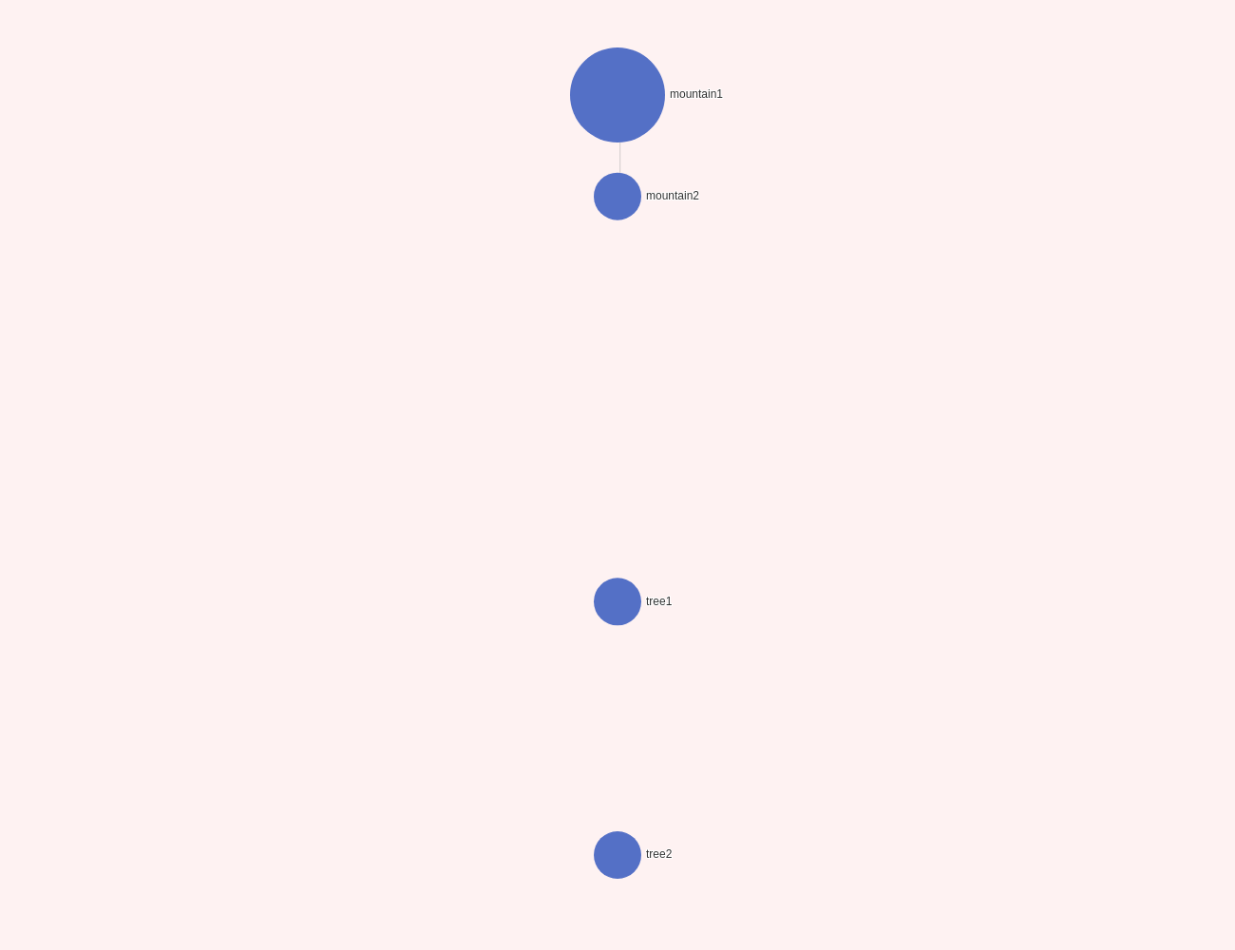
Repository: gaosth/Eyesee
Page: /link
These files come from the project's save history. The page is drawn as it stood at one moment and after the next save; the edit follows.
The browser window is 1280 px wide. The page is 1300 px wide, so the pictures cover 1300 px, including what lies to the right of the window. The pictures show the whole page, at 95% of full size.
The project was rebuilt for these pictures with package versions that can differ from the ones it lists, and the page was loaded fresh each time. Also part of the build but not shown: vite.config.js, src/components/WelcomeItem.vue, src/components/icons/IconDocumentation.vue, src/components/icons/IconTooling.vue, src/components/icons/IconEcosystem.vue, src/components/icons/IconCommunity.vue, src/components/icons/IconSupport.vue, src/components/TheWelcome.vue and 16 more.

Above is the page before, as saved 2024-03-19 14:37:48.

### src/main.js
import './assets/main.css'

import { createApp } from 'vue'
import { createPinia } from 'pinia'

import App from './App.vue'
import router from './router'
import axios from 'axios'

axios.defaults.baseURL = 'http://127.0.0.1:8000'

const app = createApp(App)

app.use(createPinia())
// app.use(router)
app.use(router,axios)

app.mount('#app')

### src/App.vue
<template>
  <main>
    <RouterView />
  </main>
</template>

### src/router/index.js
import { createRouter, createWebHistory } from 'vue-router'
import HomeView from '../views/HomeView.vue'
import Agent from '../views/Agent.vue'
import Heatmap from '../components/Heatmap.vue'
import Test from '../views/reference.vue'
import DetailView from '../views/DetailView.vue'
import Detail2View from '../views/Detail2View.vue'
import AnalyzeView from '../views/AnalyzeView.vue'
import Sankey from '../components/Sankey.vue'
import LinkView from '../components/imgLink.vue'

const router = createRouter({
  history: createWebHistory(import.meta.env.BASE_URL),
  routes: [
    {
      path: '/',
      name: 'home',
      component: Agent
    },
    {
      path: '/about',
      name: 'about',
      // route level code-splitting
      // this generates a separate chunk (About.[hash].js) for this route
      // which is lazy-loaded when the route is visited.
      component: () => import('../views/AboutView.vue')
    },
    {
      path: '/Agent',
      name: 'Agent',
      component: Agent
    },
    {
      path: '/Heatmap',
      name: 'Heatmap',
      component: Heatmap
    },
    {
      path: '/test',
      name: 'test',
      component: Test
    },
    {
      path: '/detail',
      name: 'detail',
      component: DetailView
    },
    {
      path: '/detail2',
      name: 'detail2',
      component: Detail2View
    },
    {
      path: '/analyze',
      name: 'analyze',
      component: AnalyzeView
    },
    {
      path: '/sankey',
      name: 'sankey',
      component: Sankey
    },
    {
      path: '/link',
      name: 'link',
      component: LinkView
    },
  ]
})

export default router

### src/components/imgLink.vue
<template>
    <div ref="chartDom" class="chartDom bg-red-50" style="width: 1300px;height:1000px;">
    </div>
  </template>

  <script setup>
  import * as echarts from 'echarts'
  import { ref, onMounted, watch } from 'vue'
  const chartDom = ref()

  const option = {
    tooltip: {
    },
    series: {
            type: 'graph',
            layout: 'none',
            data: [
            {
                id: '0',
                name: 'mountain1',
                symbolSize: 100,
                x: 100,
                y: 100

            },
            {
                id: '1',
                name: 'mountain2',
                symbolSize: 50,
                x: 100,
                y: 120
            },
            {
                id: '2',
                name: 'tree1',
                symbolSize: 50,
                x: 100,
                y: 200
            },
            {
                id: '3',
                name: 'tree2',
                symbolSize: 50,
                x: 100,
                y: 250
            },
            ],
            links: [
            {
                source: '0',
                target: '1',
            },
            ],
            roam: true,
            label: {
                show: true,
                position: 'right',
                formatter: '{b}'
            },
            labelLayout: {
                hideOverlap: true
            },
            scaleLimit: {
                min: 0.4,
                max: 2
            },
        }
  }
  // 不赋值给ref响应式Proxy对象
  let chart

  onMounted(() => {
    chart = echarts.init(chartDom.value)
    chart.setOption(option)
  })
  </script>

Loaded but not shown: index.html (common file); src/assets/main.css (common file); tailwind.config.js (common file)

After the next save:
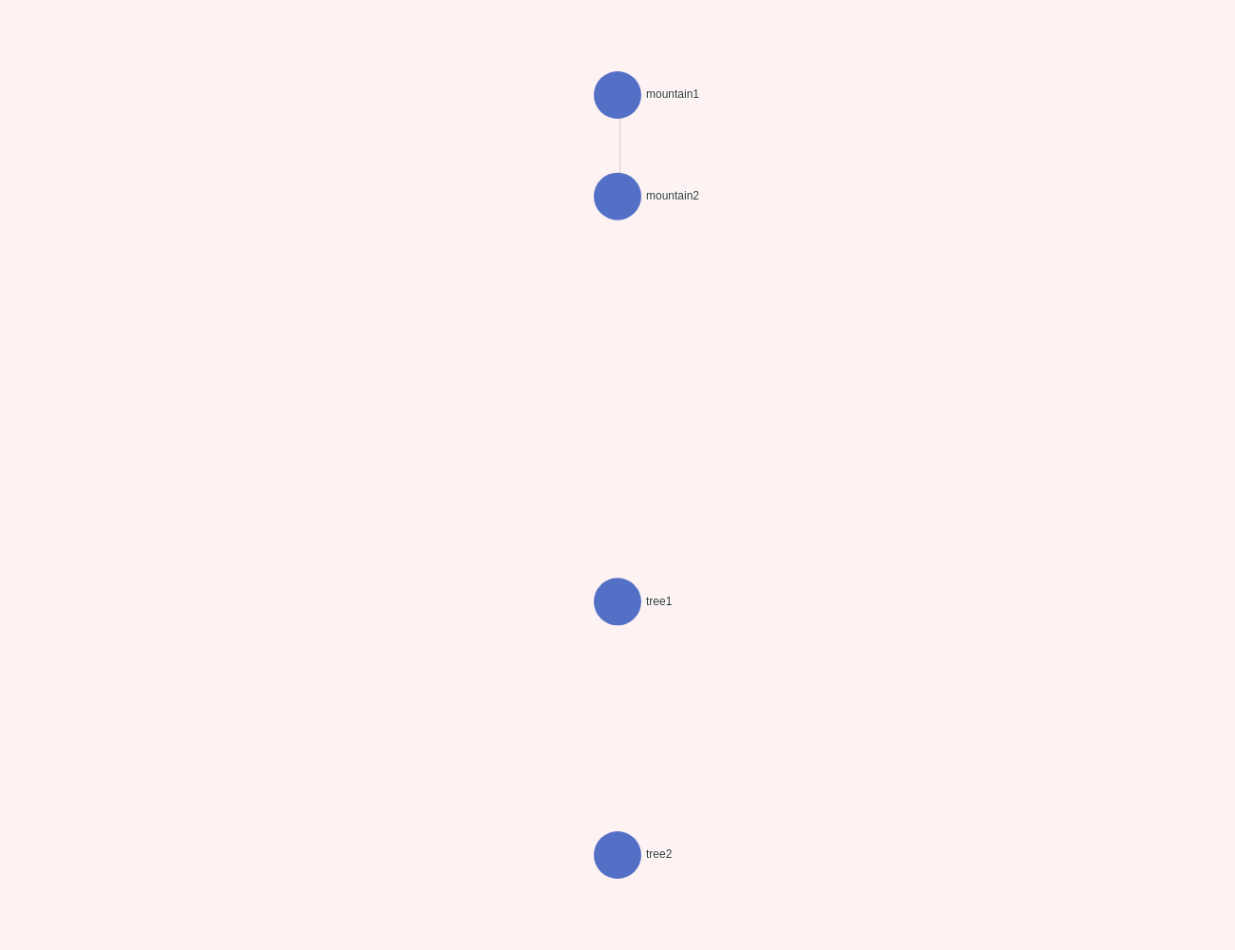
Saved 4 s later.
--- a/src/components/imgLink.vue
+++ b/src/components/imgLink.vue
@@ -18,7 +18,7 @@
             {
                 id: '0',
                 name: 'mountain1',
-                symbolSize: 100,
+                symbolSize: 50,
                 x: 100,
                 y: 100
 
